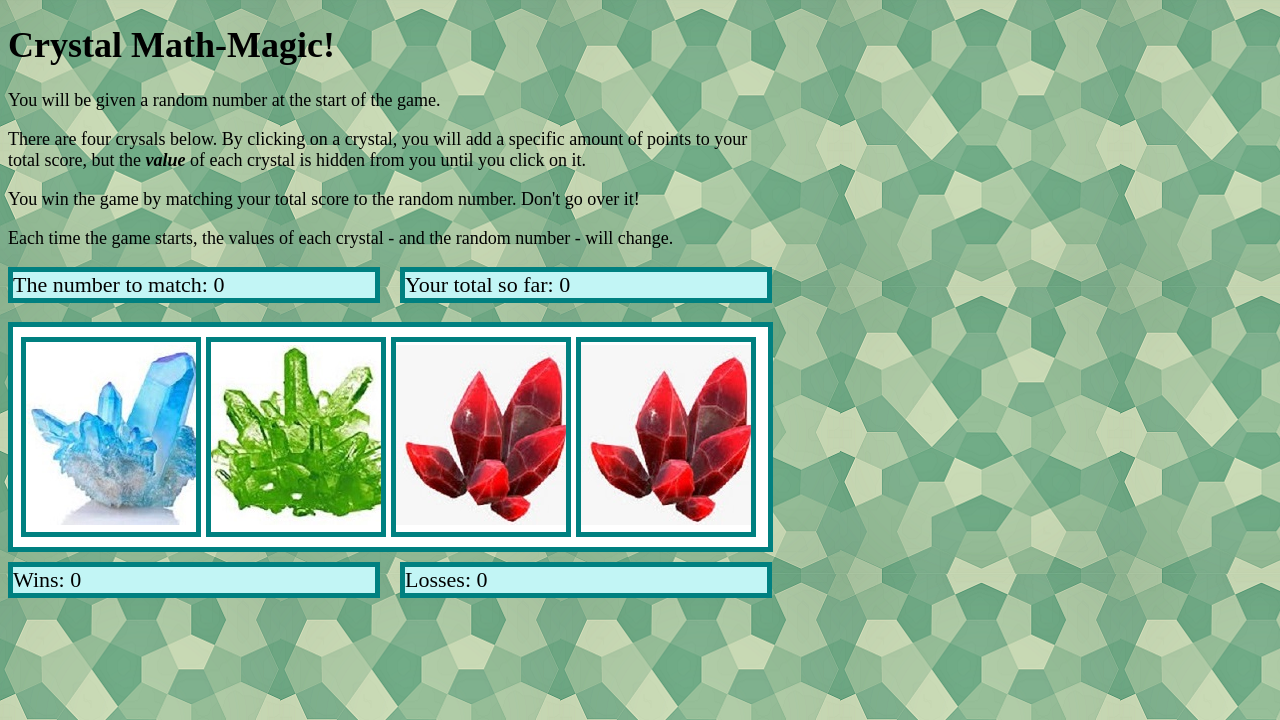
Repository: dsaftler/unit-4-game
Page: index.html
An editor plug-in stored every save of this project. The page is shown before and after the next save, followed by the edit.
The browser window is 1280 px wide. The pictures show the whole page.
Some web fonts or font styles are not loaded; a fallback is used.

Above is the page before, as saved 2019-04-01 22:43:14.

### index.html
<!DOCTYPE html>
<html lang="en">
<head>
  <meta charset="UTF-8">
  <meta name="viewport" content="width=device-width, initial-scale=1.0">
  <meta http-equiv="X-UA-Compatible" content="ie=edge">
  <link rel="stylesheet" href="assets/css/reset.css">
  <link rel="stylesheet" href="assets/css/style.css">
  <link href="https://fonts.googleapis.com/css?family=BioRhyme" rel="stylesheet">

  <title>Puzzle Crystal matching</title>
</head>
<body>
<div class="container">
  <h1>Crystal Math-Magic!</h1>
  <div class="instructions">
  <p>You will be given a random number at the start of the game.</p>
  <p>There are four crysals below.  By clicking on a crystal, you will add a specific amount of points to your total score, but the <strong><em>value</em></strong> of each crystal is hidden from you until you click on it.</p>
  <p>You win the game by matching your total score to the random number. Don't go over it!</p>
  <p>Each time the game starts, the values of each crystal - and the random number - will change.</p>
  </div>

  <div class="scoring-area">
    <div class="half first" id="randomTarget">The number to match: 0</div>
    <div class="half second" id="currentTotal">Your total so far: 0</div>
  </div>
  <div class="crystal-set">
    <div class="crystal clearfix" id="crystal_1"><img src="assets/images/crystal_1.jpg"></div>
    <div class="crystal clearfix" id="crystal_2"><img src="assets/images/crystal_2.jpg"></div>
    <div class="crystal clearfix" id="crystal_3"><img src="assets/images/crystal_3.jpg"></div>
    <div class="crystal clearfix" id="crystal_4"><img src="assets/images/crystal_4.jpg"></div>
  </div>
  <div class="scoring-area">
    <div class="half first" id="Wins">Wins: 0</div>
    <div class="half second" id="Losses">Losses: 0</div>
  </div>
</div>
    <script src="https://ajax.googleapis.com/ajax/libs/jquery/3.3.1/jquery.min.js"></script>

</body>
</html>

### assets/css/style.css
* {
  box-sizing: border-box;
}
body {
background-image: url("assets/images/congruent_pentagon.png");
width: 70%;
font-family: 'BioRhyme',serif;
font-size: 18px;

}
.container{
  background-color: "green";

}
.instructions{
  width: 765px;
}
.scoring-area{
  clear:both;
  width:765px;
  height: 35px;
  margin-bottom: 20px;
  margin-top:10px;
}
.half{
  float: left;
  width: 372px;
  background-color: rgb(194, 245, 245);
  border: 5px solid teal;
  font-size: 22px;

}
.first {margin-right: 10px;}
.second {margin-left: 10px;}
/* #randomTarget {color: teal;}
#currentTotal {color: teal;} */
.crystal-set{
  background-color: #ffffff;
  height: 230px;
  width: 765px;
  border:5px solid teal;
  padding: 5px;
  padding-left:8px;
}
.crystal{
  display: block;
  align-content: center;
  float: left;
  height: 200px;
  width: 180px;
  margin-right: 5px;
  margin-top: 5px;

  border: teal 5px solid;


}
.clearfix {
  overflow: hidden;
}

Loaded but not shown: assets/css/reset.css (no stored copy; drawn as an empty file)

After the next save:
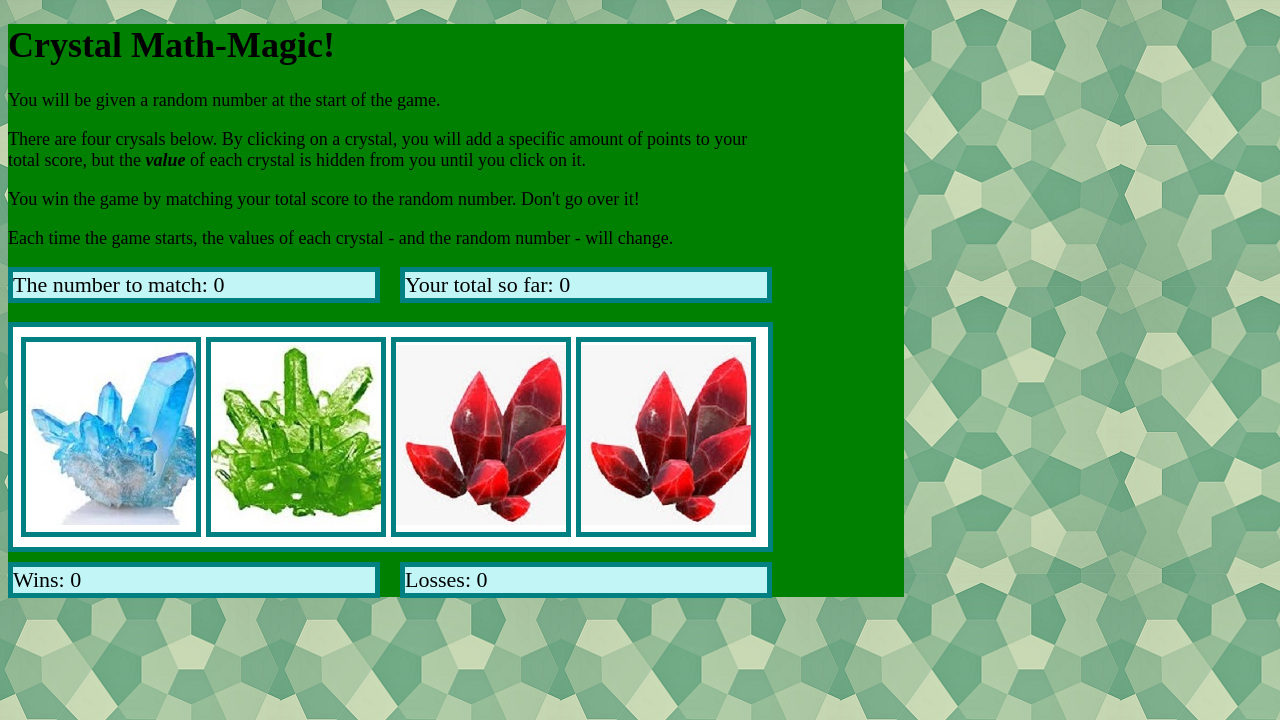
Saved 80 s later.
--- a/assets/css/style.css
+++ b/assets/css/style.css
@@ -9,7 +9,8 @@ font-size: 18px;
 
 }
 .container{
-  background-color: "green";
+  background-color: green;
+
 
 }
 .instructions{
